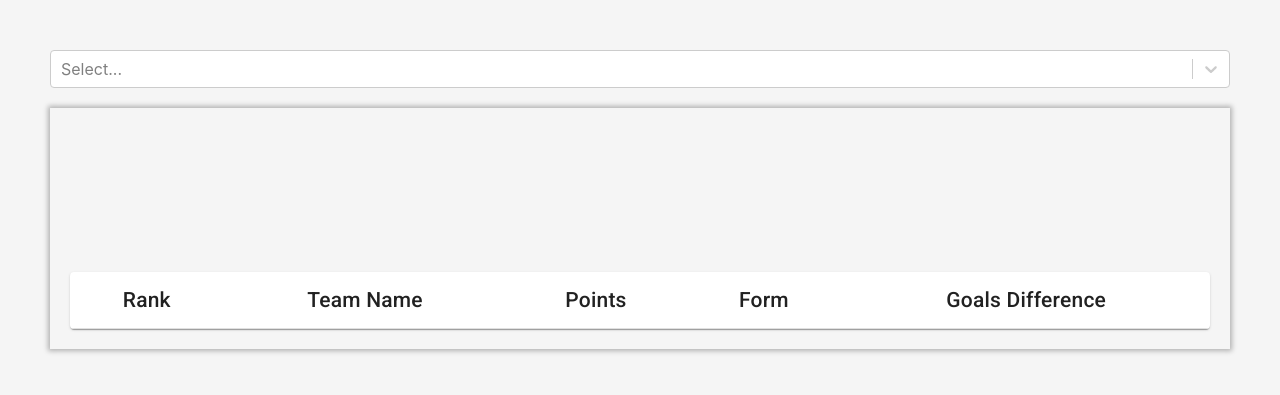
Repository: JorSargsyan/FootballApp
Page: /
The author's editor kept a copy of each file at every save. The page is drawn from the files as they stood at one save, then again after the next save.
The browser window is 1280 px wide. The pictures show the whole page.
The page's requests for data from a server got no answer. The project was rebuilt for these pictures with package versions that can differ from the ones it lists, and the page was loaded fresh each time. No one was signed in, and anything a server would have sent is missing.

Above is the page before, as saved 2019-07-13 17:09:50.

### public/index.html
<!DOCTYPE html>
<html lang="en">
  <head>
    <meta charset="utf-8" />
    <link rel="shortcut icon" href="%PUBLIC_URL%/favicon.ico" />
    <meta name="viewport" content="width=device-width, initial-scale=1" />
    <meta name="theme-color" content="#000000" />
    <!--
      manifest.json provides metadata used when your web app is installed on a
      user's mobile device or desktop. See https://developers.google.com/web/fundamentals/web-app-manifest/
    -->
    <link rel="manifest" href="%PUBLIC_URL%/manifest.json" />
    <link rel="stylesheet" href="https://fonts.googleapis.com/css?family=Roboto:300,400,500&display=swap" />
    <!--
      Notice the use of %PUBLIC_URL% in the tags above.
      It will be replaced with the URL of the `public` folder during the build.
      Only files inside the `public` folder can be referenced from the HTML.

      Unlike "/favicon.ico" or "favicon.ico", "%PUBLIC_URL%/favicon.ico" will
      work correctly both with client-side routing and a non-root public URL.
      Learn how to configure a non-root public URL by running `npm run build`.
    -->
    <title>React App</title>
  </head>
  <body>
    <noscript>You need to enable JavaScript to run this app.</noscript>
    <div id="root"></div>
    <!--
      This HTML file is a template.
      If you open it directly in the browser, you will see an empty page.

      You can add webfonts, meta tags, or analytics to this file.
      The build step will place the bundled scripts into the <body> tag.

      To begin the development, run `npm start` or `yarn start`.
      To create a production bundle, use `npm run build` or `yarn build`.
    -->
  </body>
</html>

### src/App.js
import React from 'react';
import logo from './logo.svg';
import './App.css';
import Container from "./components/Container"

function App() {
  return (
    <div className="App">
        <Container></Container>
    </div>
  );
}

export default App;

### src/App.css

.App{
  padding: 50px;
  height: 100%;
  background:#f5f5f5;
}

.LeagueInfo{
  margin-top: 20px;
  box-shadow: 0 0 5px 2px #00000047;
  padding: 20px;
}

.LeagueInfo .img-area{
  display: flex;
  width: 200px;
  justify-content: space-between;
  align-items: center;
}

.LeagueInfo img{
  height: 60px;
  display: block;
}

.LeagueInfo img:nth-child(2){
  height: 100px;
  margin-left: 15px;
}

.standingsTable{}

.standingsTable img{
  height: 45px!important;
}

### src/components/Container/index.js
import React, { Component } from 'react'
import PropTypes from 'prop-types'
import Select from 'react-select';
import axios from 'axios';
import SimpleTable from "../common/Table"


const config = {
    headers: {
        "X-RapidAPI-Host": "api-football-v1.p.rapidapi.com",
        "X-RapidAPI-Key": "afc6347074msh5602bdc3ba130d0p170b44jsn6e420664b59f"
    }
}

export default class Container extends Component {

    static propTypes = {
        prop: PropTypes
    }

    state = {
        selectedOption: null,
        countries: [],
        league: [],
        standings:[],
    };

    handleChange = selectedOption => {
        this.setState({ selectedOption });
        axios.get(`https://api-football-v1.p.rapidapi.com/v2/leagues/country/${selectedOption.value}/${2018}`, config)
            .then(res => {
                let league = res.data.api.leagues[0];
                this.setState({ league });


                axios.get(`https://api-football-v1.p.rapidapi.com/v2/leagueTable/${league.league_id}`, config)
                .then(res => {
                    let standings = res.data.api.standings[0];
                    this.setState({ standings });
                })

            })
    };


    componentDidMount() {


        axios.get(`https://api-football-v1.p.rapidapi.com/v2/countries`, config)
            .then(res => {
                let countries = res.data.api.countries;
                countries = countries.map(i => { return { label: i.country, value: i.code } });
                this.setState({ countries });
            })
    }

    render() {
        const { selectedOption } = this.state;
        return (
            <div className="classes.root">
                <Select
                    value={selectedOption}
                    onChange={this.handleChange}
                    options={this.state.countries}
                />

                <div className="LeagueInfo">
                    <h2>{this.state.league.country}</h2>
                    <div className='img-area'>
                        <img src={this.state.league.flag} />
                        <img src={this.state.league.logo} />
                    </div>
                    <SimpleTable
                    data={this.state.standings}
                    header={[
                        {name:"Rank",prop:"rank"},
                        {name:"Team Name",prop:"teamName"},
                        {name:"Points",prop:"points"},
                        {name:"Form",prop:"forme"},
                        {name:"Goals Difference",prop:"goalsDiff"}
                    ]}
                    ></SimpleTable>
                </div>
            </div>
        )
    }
}

### src/components/common/Table.js
import React from 'react';
import { makeStyles } from '@material-ui/core/styles';
import Table from '@material-ui/core/Table';
import TableBody from '@material-ui/core/TableBody';
import TableCell from '@material-ui/core/TableCell';
import TableHead from '@material-ui/core/TableHead';
import TableRow from '@material-ui/core/TableRow';
import Paper from '@material-ui/core/Paper';

const useStyles = makeStyles(theme => ({
  root: {
    width: '100%',
    marginTop: theme.spacing(3),
    overflowX: 'auto',
  },
  table: {
    minWidth: 250,
  },
  tableRow:{
      fontSize:"25px",
      alignItems:"center"
  },
  tableTd:{
    fontSize:"21px",
    textAlign: "center"
  },
  tableFlexTd:{
    display: "flex",
    justifyContent: "space-between",
    alignItems: "center",
    fontSize:"21px",
    textAlign: "center"
  }
}));


export default function SimpleTable({data,header}) {
  const classes = useStyles();

  return (
    <Paper className={classes.root}>
      <Table className={classes.table}>
        <TableHead className={classes.tableHead}>
          <TableRow>
            {
                header.map((x,i)=>{
                    return <TableCell className={classes.tableTd} key={i} align="left">{x.name}</TableCell>
                })
            }
          </TableRow>
        </TableHead>
        <TableBody>
          {data.map(row => (
            <TableRow key={row.name} className={classes.tableRow}>
              <TableCell className={classes.tableTd}>{row.rank}</TableCell>
              <TableCell className={classes.tableFlexTd}  align="left"><b>{row.teamName}</b> <img className={classes.tableImg} src={row.logo}></img> </TableCell>
              <TableCell className={classes.tableTd} align="left">{row.points}</TableCell>
              <TableCell className={classes.tableTd} align="left">{row.forme}</TableCell>
              <TableCell className={classes.tableTd} align="left">{row.goalsDiff}</TableCell>

              <TableCell className={classes.tableTd} align="left">{row.all.matchsPlayed}</TableCell>
              <TableCell className={classes.tableTd} align="left">{row.all.win}</TableCell>
              <TableCell className={classes.tableTd} align="left">{row.all.lose}</TableCell>
              <TableCell className={classes.tableTd} align="left">{row.description}</TableCell>
            </TableRow>
          ))}
        </TableBody>
      </Table>
    </Paper>
  );
}

Loaded but not shown: src/index.js (common file); src/index.css (common file); src/serviceWorker.js (common file)

After the next save:
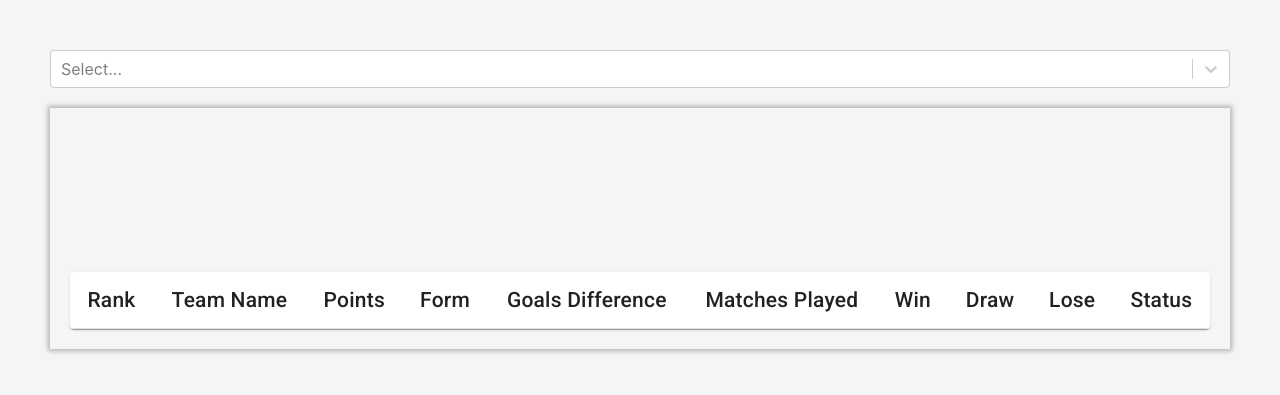
Saved 91 s later.
--- a/src/components/Container/index.js
+++ b/src/components/Container/index.js
@@ -77,7 +77,12 @@ export default class Container extends Component {
                         {name:"Team Name",prop:"teamName"},
                         {name:"Points",prop:"points"},
                         {name:"Form",prop:"forme"},
-                        {name:"Goals Difference",prop:"goalsDiff"}
+                        {name:"Goals Difference",prop:"goalsDiff"},
+                        {name:"Matches Played",prop:"matchPlayed"},
+                        {name:"Win",prop:"Win"},
+                        {name:"Draw",prop:"Draw"},
+                        {name:"Lose",prop:"Lose"},
+                        {name:"Status",prop:"status"}
                     ]}
                     ></SimpleTable>
                 </div>
